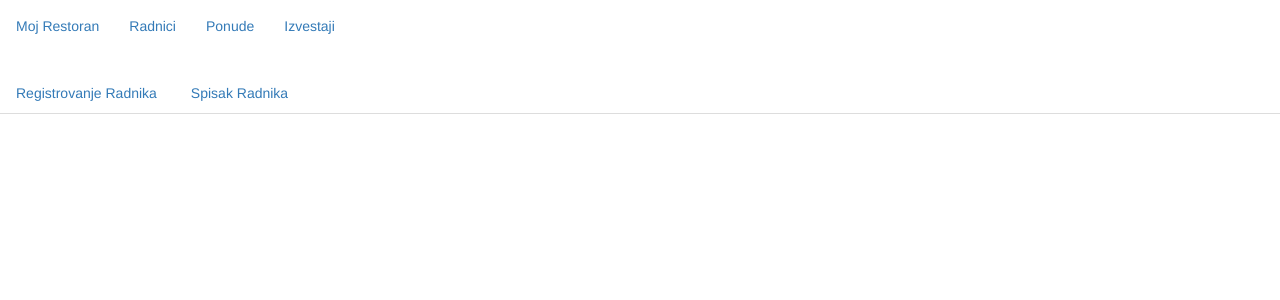
Repository: milanadam94/ISA-2016
Page: jpa-example/src/main/webapp/RestaurantManager/RestaurantManagerWorkers.html
The author's editor kept a copy of each file at every save. The page is drawn from the files as they stood at one save, then again after the next save.
The browser window is 1280 px wide. The pictures show the whole page.
Some web libraries are served in a nearby version.

Above is the page before, as saved 2017-03-01 06:49:48.

### jpa-example/src/main/webapp/RestaurantManager/RestaurantManagerWorkers.html
<!DOCTYPE html>
<html>
<head>
<meta charset="ISO-8859-1">
<title>Menadzer Restorana</title>

<!-- JQUERY -->
<script src="https://code.jquery.com/jquery-3.1.1.js" integrity="sha256-16cdPddA6VdVInumRGo6IbivbERE8p7CQR3HzTBuELA=" crossorigin="anonymous"></script>

<!-- BOOTSTRAP CSS -->
<link rel="stylesheet" href="https://maxcdn.bootstrapcdn.com/bootstrap/3.3.7/css/bootstrap.min.css" integrity="sha384-BVYiiSIFeK1dGmJRAkycuHAHRg32OmUcww7on3RYdg4Va+PmSTsz/K68vbdEjh4u" crossorigin="anonymous">

<!-- BOOTSTRAP THEME -->
<link rel="stylesheet" href="https://maxcdn.bootstrapcdn.com/bootstrap/3.3.7/css/bootstrap-theme.min.css" integrity="sha384-rHyoN1iRsVXV4nD0JutlnGaslCJuC7uwjduW9SVrLvRYooPp2bWYgmgJQIXwl/Sp" crossorigin="anonymous">

<!-- BOOTSTRAP JS -->
<script src="https://maxcdn.bootstrapcdn.com/bootstrap/3.3.7/js/bootstrap.min.js" integrity="sha384-Tc5IQib027qvyjSMfHjOMaLkfuWVxZxUPnCJA7l2mCWNIpG9mGCD8wGNIcPD7Txa" crossorigin="anonymous"></script>

<!-- ANGULAR JS -->
<script src="https://ajax.googleapis.com/ajax/libs/angularjs/1.6.1/angular.js"></script>

<script src="/JQuery-cookie-plugin/jquery.cookie.js"></script>

<!-- TOASTR -->
<!-- <script src="https://cdnjs.cloudflare.com/ajax/libs/toastr.js/latest/css/toastr.css"></script> -->

</head>
<body ng-app="restManager" ng-controller="restManagerWorkersController">
	<nav id="myNavbar" class="navbar">
		<ul class="nav navbar-nav">
			<li><a href="RestaurantManager.html">Moj Restoran</a></li>
			<li><a href="RestaurantManagerWorkers.html">Radnici</a></li>
			<li><a href="RestaurantManagerOfferers.html">Ponude</a></li>
			<li><a href="RestourantManagerReport.html">Izvestaji</a></li>
		</ul>
	</nav>
	<div>
		<div class="form-group">
			<ul class="nav nav-tabs">
				<li><a ng-click="registracija()">Registrovanje Radnika</a>
				<li><a ng-click="slisakRadnika()">Spisak Radnika</a>
			</ul>
		</div>


		<!--  REGISTRACIJA  -->
		<!--  ====================================================== -->
		<div ng-show="registrovanjeShow">
			<br/><br/><br/>
			<form class="form-horizontal">
  			<div class="form-group">
    			<label class="control-label col-sm-2" for="email">Email:</label>
    			<div class="col-sm-10">
      				<input type="email" class="form-control" id="email" ng-model="newWorker.email" placeholder="Unesite email">
    			</div>
  			</div>
  			<div class="form-group">
    			<label class="control-label col-sm-2" for="pwd">Lozinka:</label>
    			<div class="col-sm-10">
      				<input type="password" class="form-control" id="pwd" ng-model="newWorker.password" placeholder="Unesite lozinku">
    			</div>
  			</div>
  			<div class="form-group">
    			<label class="control-label col-sm-2" for="pwd2">Potvrda lozinke:</label>
    			<div class="col-sm-10">
      				<input type="password" class="form-control" id="pwd2" ng-model="passwordConfirm" placeholder="Potvrdite lozinku">
    			</div>
  			</div>
  			<div class="form-group">
    			<label class="control-label col-sm-2" for="ime">Ime:</label>
    			<div class="col-sm-10">
      				<input type="text" class="form-control" id="ime" ng-model="newWorker.name" placeholder="Unesite ime">
    			</div>
  			</div>
  			<div class="form-group">
    			<label class="control-label col-sm-2" for="prezime">Prezime:</label>
    			<div class="col-sm-10">
      				<input type="text" class="form-control" id="prezime" ng-model="newWorker.lastName" placeholder="Unesite prezime">
    			</div>
  			</div>
  			<div class="form-group">
  				<label class="control-label col-sm-2" for="tip">Radno mesto:</label>
  				<div class="col-sm-10">
						<select class="form-control" id="tip" ng-model="newWorker.userType" title="restaurant.category">
						<option>BARTENDER</option>
						<option>COOK</option>
						<option>WAITER</option>
						</select>
				</div>
  			</div>

  			<div class="form-group" ng-if="newWorker.userType == 'COOK'">
  				<label class="control-label col-sm-2" for="tip">Tip: </label>
  				<div class="col-sm-10" >
						<select class="form-control" id="tip" ng-model="$parent.cookType" >
						<option>SALAD</option>
						<option>FRIEDMEAL</option>
						<option>COOKEDMEAL</option>
						</select>
				</div>
  			</div>


  			<div class="form-group text-danger" ng-if="error">{{ errorMessage }}</div>
  			<div class="form-group">
    			<div class="col-sm-offset-2 col-sm-10">
      				<button type="submit" class="btn btn-primary" ng-click="registerWorker()">Registracija</button>
    			</div>
  			</div>
  			</form>

		</div>


		<!--  SPISAK RADNIKA SHOW -->
		<!--  =========================== -->

		<div ng-show="spisakRadnikaShow">
			<p1>Kuvari:</p1><br/>
			<table class="table">
				<tr bgcolor="lightgrey">
					<th>Ime</th>
					<th>Prezime</th>
					<th>Email</th>
					<th>Raspored Rada</th>
				</tr>
				<tr ng-repeat="i in cooks | orderBy:'name'">
					<td>{{i.user.name}}</td>
				 	<td>{{i.user.lastName}}</td>
					<td>{{i.user.email}}</td>
					<td><button type="submit" class="btn btn-info" ng-click="checkSchedule( i.user.id )">Pregled</button></td>
				</tr>
			</table>

			<p1>Konobari:</p1><br/>
			<table class="table">
				<tr bgcolor="lightgrey">
					<th>Ime</th>
					<th>Prezime</th>
					<th>Email</th>
					<th>Raspored Rada</th>
				</tr>
				<tr ng-repeat="i in waiters | orderBy:'name'">
					<td>{{i.user.name}}</td>
				 	<td>{{i.user.lastName}}</td>
					<td>{{i.user.email}}</td>
					<td><button type="submit" class="btn btn-info" ng-click="checkSchedule( i.user.id )">Pregled</button></td>
				</tr>
			</table>

			<p1>Sankeri:</p1><br/>
			<table class="table">
				<tr bgcolor="lightgrey">
					<th>Ime</th>
					<th>Prezime</th>
					<th>Email</th>
					<th>Raspored Rada</th>
				</tr>
				<tr ng-repeat="i in bartenders | orderBy:'name'">
					<td>{{i.user.name}}</td>
				 	<td>{{i.user.lastName}}</td>
					<td>{{i.user.email}}</td>
					<td><button type="submit" class="btn btn-info" ng-click="checkSchedule( i.user.id )">Pregled</button></td>
				</tr>
			</table>
		</div>


		<!--  PERIODICNI NIVO -->
		<!--  ================================ -->
		<div ng-show="pregledRaspored">

			<label>{{fullWorker.name}} {{fullWorker.lastName}} ({{fullWorker.email}}) </label>
			<table class="table">
				<tr bgcolor="lightgrey">
					<th>Pocetak</th>
					<th>Kraj</th>
					<th>Smena</th>
					<th ng-if="fullWorker.userType == 'WAITER'">Segment</th>
					<th>Status</th>
				</tr>
				<tr ng-repeat="i in allMySegments | orderBy:'startDate' : true">

					<td> {{ i.startDate | date: 'yyyy/MM/dd' }} </td>
				 	<td> {{ i.endDate | date: 'yyyy/MM/dd' }} </td>
					<td> {{ i.shift }} </td>
					<td ng-if="fullWorker.userType == 'WAITER'"> {{ $parent.i.segment.name }}</td>
					<td ng-if="i.endDate < today"> <font color="red">ISTEKAO</font></td>
					<td ng-if="i.endDate > today && i.startDate <= today"> <font color="green">U TOKU</font></td>
					<td ng-if="i.endDate > today && i.startDate > today"> <font color="yellow">USKORO</font></td>
				</tr>
			</table>




			<!--  DODAVANJE NOVOG  -->

			<form class="form-horizontal">
				<div class="form-group">
				<label class="control-label col-sm-2" >Pocetak: </label> <div class="col-sm-5"> <input type="date"  class="form-control" ng-model="newSchedule.startDate" > </input></div><br/><br/>

				<label class="control-label col-sm-2" >Kraj: </label> <div class="col-sm-5"><input type="date" class="form-control" ng-model="newSchedule.endDate"> </input>  </div><br/><br/>

				<label  class="control-label col-sm-2" >Smena:</label>
					 <div class="col-sm-5">
						<select class="form-control" ng-model="shiftType" >
						<option>FIRST</option>
						<option>SECOUND</option>
						<option>THRID</option>
						</select>
					</div>
				<br/><br/>


				<div ng-if="fullWorker.userType == 'WAITER'">
				<label  class="control-label col-sm-2" >Region:</label>
					<div class="col-sm-5">
					<select class="form-group" ng-model="$parent.newSegment">
						<option ng-repeat="i in segments" value="{{i.id}}">{{i.name}}</option>
					</select>
					</div>
				</div>
				 <br/><br/>
				<div class="form-group">
				<div class="col-sm-offset-2 col-sm-10">
					<button type="submit" class="btn btn-success" ng-click="addSchedule()">Dodaj Raspored</button>
					</div>
				</div>
				</div>
			</form>

		</div>




	</div>

</body>


<!-- ANGULAR SCRIPT -->
<script src="RestaurantManagerWorkers.js"></script>

</html>

### jpa-example/src/main/webapp/RestaurantManager/RestaurantManagerWorkers.js
angular.element(document).ready(function () {
    console.log('page loading completed');
});
var restManager = angular.module('restManager', []).config(['$qProvider', '$httpProvider', function ($qProvider, $httpProvider)  {
    $qProvider.errorOnUnhandledRejections(false);

}]).run(['$rootScope', '$http', '$window', function ($rootScope, $http, $window) {

	//namestiti dole u funckcijama gde treba user.email kada se ovo namesti!
	if (typeof $.cookie('user') !== 'undefined') {
		$scope.user = JSON.parse($.cookie('user'));

		if(user.userType == "GUEST") {
			$window.location.href = "/GuestPage/GuestPage.html";
		}
		// DALJE
	}

}]);




restManager.controller('restManagerWorkersController', [ '$scope', 'registarService', 'workerService', function($scope, registarService, workerService){

	setShows = function(registrovanjeShow, periodicniShow, spisakRadnikaShow, pregledRaspored){
		$scope.registrovanjeShow = registrovanjeShow;
		$scope.periodicniShow = periodicniShow;
		$scope.spisakRadnikaShow = spisakRadnikaShow;
		$scope.pregledRaspored = pregledRaspored;
	}
	setShows(false,false,false,false);

	$scope.error = false;
	$scope.errorMessage = "";

	$scope.cookType = "";
	$scope.today = new Date();


	$scope.registracija = function(){
		setShows(true,false,false,false);
	}

	$scope.periodicniNivo = function(){
		setShows(false,true,false,false);
	}


	$scope.slisakRadnika = function(){
		setShows(false,false,true,false);

		workerService.getCooks().then(
				function(response){
					$scope.cooks = response.data;
				}
		);

		workerService.getBartenders().then(
				function(response){
					$scope.bartenders = response.data;
				}
		);

		workerService.getWaiters().then(
				function(response){
					$scope.waiters = response.data;
				}
		);




	}

	$scope.newWorker = {
			email : "",
			password : "",
			name : "",
			lastName : "",
			userType : ""
	}




	$scope.registerWorker = function(){

		if($scope.newWorker.email == "" ||
				$scope.newWorker.pasword == "" ||
				$scope.newWorker.name == "" ||
				$scope.newWorker.lastName == "" ||
				$scope.newWorker.userType == "" ||
				$scope.newWorker.password != $scope.passwordConfirm ||
				($scope.newWorker.userType == "COOK" && $scope.cookType == "")){

			$scope.error = true;
			$scope.errorMessage = "Neispravan unos!";
			return;
		}
		$scope.error = false;
		registarService.registarWorker($scope.newWorker,$scope.cookType);
	}


	// PREGLED RADA
	$scope.checkSchedule = function(workerID){
		$scope.pregledRaspored = true;
		$scope.spisakRadnikaShow = false;
		$scope.workerID = workerID;

		workerService.getSchedules(workerID).then(

			function(response){
				$scope.myWorkerSchedule = response.data;
			}

		);

		workerService.loadAllSegments().then(
				function(response){
					$scope.segments = response.data;
				}

		);

		registarService.getUser(workerID).then(

				function(response){
					$scope.fullWorker = response.data;

					if($scope.fullWorker.id == ""){
						return;
					}

					workerService.loadAllMySegments($scope.fullWorker.id).then(
							function(response){

								$scope.allMySegments = response.data;

							}

					);

				}

		);



	}

	$scope.newSchedule = {
			startDate: "",
			endDate: ""
	}

	$scope.shiftType = ""
	$scope.newSegment = "";

	$scope.addSchedule = function(){

		if($scope.newSchedule.startDate < new Date() || $scope.newSchedule.startDate == "" ||
				$scope.newSchedule.endDate < new Date() || $scope.newSchedule.endDate == "" ||
				$scope.newSchedule.startDate > $scope.newSchedule.endDate ||
				$scope.shiftType == "" || $scope.workerID == ""){
			alert("Los unos!");
			return;
		}

		if($scope.newSegment == ""){
			$scope.newSegment = 0;
		}

		$scope.newSchedule.startDate = new Date($scope.newSchedule.startDate);
		$scope.newSchedule.endDate = new Date($scope.newSchedule.endDate);



		workerService.addSchedule($scope.newSchedule, $scope.newSegment,$scope.workerID, $scope.shiftType).then(

				function(response){
					if(response.data == "Error free"){
						alert(response.data);
						$scope.newSchedule.startDate = "";
						$scope.newSchedule.endDate = "";
						$scope.newSegment = "";
						$scope.shiftType = "";

						location.reload();
					}else{
						alert(response.data);
					}



				}

		);

	}




}]);





restManager.service('registarService',['$window', '$http', function($window, $http){

	this.registarWorker = function(newWorker, cookType){

		$http({
			  method: 'POST',
			  data : newWorker,
		      url : "../restManager/registarWorker/1/" + cookType //========================================== dodati user email
		}).then(function success(response){
				if(response.data == "Error free"){
					alert("Uspesno registrovan radnik");
					location.reload();
				}else{
					alert(response.data);
				}

			},
				function error(response) {
				  	alert("Error!");
			  }
		);

	}

	this.getUser = function (userID){
		return $http({
			  method: 'GET',
		      url : "../restManager/getUser/" + userID
		})

	}


}]);

restManager.service('workerService',['$window', '$http', function($window, $http){

	this.getCooks = function (){

		return $http({
			  method: 'GET',
		      url : "../restManager/getCooks/1" //========================================== dodati user email
		});

	}

	this.getBartenders = function(){
		return $http({
			  method: 'GET',
		      url : "../restManager/getBartenders/1" //========================================== dodati user email
		});

	}

	this.getWaiters = function(){
		return $http({
			  method: 'GET',
		      url : "../restManager/getWaiters/1" //========================================== dodati user email
		});

	}


	this.getSchedules = function(workerID){

		return $http({
			  method: 'GET',
		      url : "../restManager/getSchedules/" + workerID
		});

	}


	this.loadAllSegments = function(){
		return $http({
			  method: 'GET',
		      url : "../restManager/loadAllSegments/1" //========================================== dodati user Email
		});

	}


	this.addSchedule = function(newSchedule, scheduleSegment, workerID, shiftType){
		console.log(newSchedule)
		return $http({
			  method: 'POST',
			  data: newSchedule,
		      url : "../restManager/addSchedule/"+shiftType+"/"+ workerID + "/" + scheduleSegment
		});
	}


	this.loadAllMySegments = function(workerID){
		return $http({
			  method: 'GET',
		      url : "../restManager/loadAllMySegments/" + workerID
		});
	}

}]);

Loaded but not shown: jpa-example/src/main/webapp/JQuery-cookie-plugin/jquery.cookie.js (library)

After the next save:
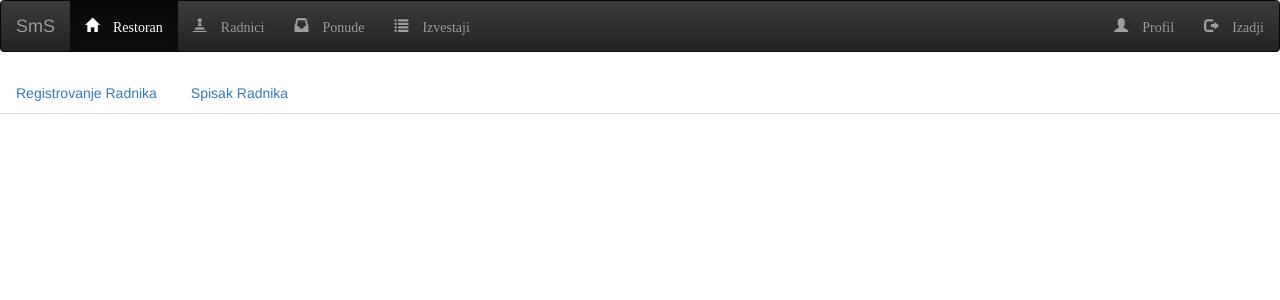
Saved 110 min 59 s later.
--- a/jpa-example/src/main/webapp/RestaurantManager/RestaurantManagerWorkers.html
+++ b/jpa-example/src/main/webapp/RestaurantManager/RestaurantManagerWorkers.html
@@ -26,14 +26,27 @@
 
 </head>
 <body ng-app="restManager" ng-controller="restManagerWorkersController">
-	<nav id="myNavbar" class="navbar">
+
+	<nav id="myNavbar" class="navbar navbar-inverse">
+		<div class="container-fluid">
+			<div class="navbar-header">
+				<a class="navbar-brand">SmS</a>
+			</div>
 		<ul class="nav navbar-nav">
-			<li><a href="RestaurantManager.html">Moj Restoran</a></li>
-			<li><a href="RestaurantManagerWorkers.html">Radnici</a></li>
-			<li><a href="RestaurantManagerOfferers.html">Ponude</a></li>
-			<li><a href="RestourantManagerReport.html">Izvestaji</a></li>
+			<li class="active"><a href="RestaurantManager.html" ng-click="getRestaurant()"><span class="glyphicon glyphicon-home"> Restoran </span></a></li>
+			<li><a href="RestaurantManagerWorkers.html"><span class="glyphicon glyphicon-pawn"> Radnici</span></a></li>
+			<li><a href="RestaurantManagerOfferers.html"><span class="glyphicon glyphicon-inbox"> Ponude </span></a></li>
+			<li><a href="RestourantManagerReport.html"><span class="glyphicon glyphicon-list"> Izvestaji </span></a></li>
 		</ul>
+		<ul class="nav navbar-nav navbar-right">
+			<li><a href="#"><span class="glyphicon glyphicon-user"> Profil</span> </a>
+			<li><a href="#"><span class="glyphicon glyphicon-log-out"> Izadji </span> </a>
+		</ul>
+
+		</div>
 	</nav>
+
+
 	<div>
 		<div class="form-group">
 			<ul class="nav nav-tabs">
